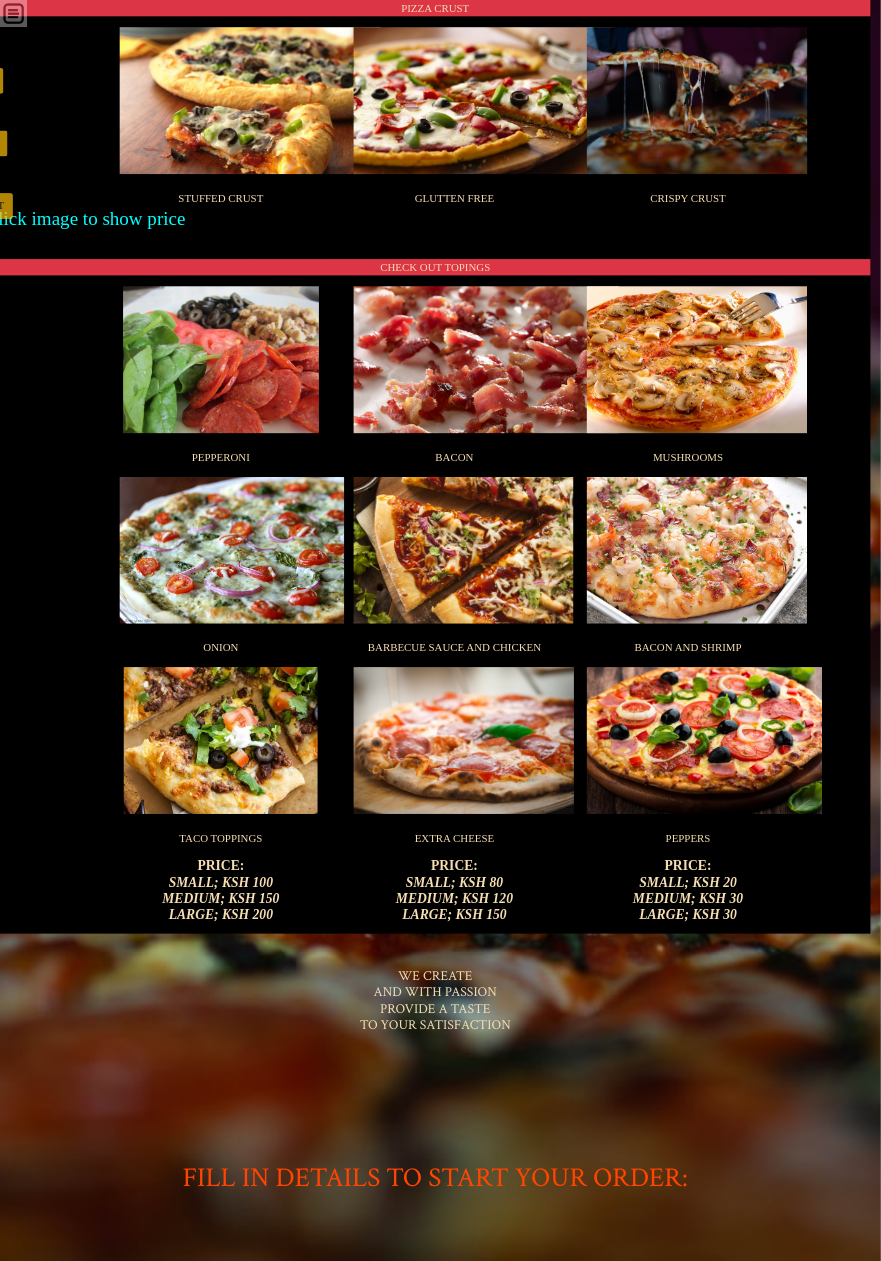
Repository: alexmwaura/MOREO--PIZZA-IP4
Page: mine.html
These files come from the project's save history. The page is drawn as it stood at one moment and after the next save; the edit follows.
The browser window is 1280 px wide. The page is 1295 px wide, so the pictures cover 1295 px, including what lies to the right of the window. The pictures show the whole page, at 68% of full size.
Some web fonts or font styles are not loaded; a fallback is used.

Above is the page before, as saved 2019-09-01 14:49:30.

### mine.html
<!DOCTYPE html>
<html lang="en">

<head>
    <meta charset="UTF-8">
    <meta name="viewport" content="width=device-width, initial-scale=1.0">
    <meta http-equiv="X-UA-Compatible" content="ie=edge">

    <title> MOREO RESTAURANT</title>

    <link href="https://fonts.googleapis.com/css?family=Kaushan+Script&display=swap" rel="stylesheet">
    <link href="https://fonts.googleapis.com/css?family=Pacifico|Rancho&display=swap" rel="stylesheet">
    <link href="https://fonts.googleapis.com/css?family=Crimson+Text&display=swap" rel="stylesheet">

    <link rel="stylesheet" href="./CSS/bootstrap.css">
    <link rel="stylesheet" href="./CSS/styles.css">
    <script src="./SCRIPTS/jquery-3.4.1.js"></script>
    <script src="./SCRIPTS/scripts.js"></script>
</head>

<body>
    <nav>
        <a href="#" class="nav-toggle-btn bg-success"></a>
        <ul>
            <li><a href="./index.html" class="btn bg-warning" style="margin-left: -14%">HOME</a></li><br><br>
            <li><a href="#pizza" class="btn bg-warning" style="margin-left: -15%">ORDER</a></li><br><br>
            <li><a href="#nav" class="btn bg-warning" style="margin-left: -35%">CONTACT</a></li>
        </ul>
    </nav>

    <div class="content">


        <div class="address">
            <div class="">

                <div class="bg-danger" id="pizza-crust">
                    <p>PIZZA CRUST</p>

                </div>

                <div class="row">

                    &nbsp;&nbsp;&nbsp;&nbsp;&nbsp;&nbsp;&nbsp;&nbsp;&nbsp;&nbsp;&nbsp;&nbsp;&nbsp;&nbsp;&nbsp;&nbsp;&nbsp;&nbsp;&nbsp;&nbsp;&nbsp;&nbsp;&nbsp;&nbsp;&nbsp;&nbsp;&nbsp;&nbsp;&nbsp;&nbsp;&nbsp;&nbsp;&nbsp;&nbsp;&nbsp;&nbsp;&nbsp;&nbsp;&nbsp;&nbsp;&nbsp;&nbsp;&nbsp;&nbsp;

                    <div class="col-lg-3 col-md-3 col-sm-3">
                        <div id="work1">
                            <img src="./IMAGES/staffedcrust.jpg" alt="" class="img-fluid-1"><br><br>

                            <div class="overlay">
                                <div class="line">
                                    <p class="trial1">STUFFED CRUST</p>
                                    <p class="p1">
                                        <h5 class="p1"><strong> PRICE: <br>
                                            <em>SMALL; KSH 100</em><br>
                                            <em>MEDIUM; KSH 150</em><br>
                                            <em>LARGE; KSH 200</em>
                                        </strong></h5>
                                    </p>

                                </div>

                            </div>

                        </div>



                    </div>
                    &nbsp;&nbsp;&nbsp;&nbsp;

                    <div class="col-lg-3 col-md-3 col-sm-3">
                        <div id="work2">
                            <img src="./IMAGES/gluttenfree.jpg" alt="" class="img-fluid-2"><br><br>

                            <div class="overlay">
                                <div class="line">
                                    <p class="trial2">GLUTTEN FREE </p>
                                    <p class="p1">
                                        <h5 class="p1"><strong> PRICE: <br>
                                            <em>SMALL; KSH 100</em><br>
                                            <em>MEDIUM; KSH 150</em><br>
                                            <em>LARGE; KSH 200</em>
                                        </strong></h5>
                                    </p>



                                </div>

                            </div>

                        </div>

                    </div>

                    &nbsp;&nbsp;&nbsp;&nbsp;


                    <div class="col-lg-3 col-md-3 col-sm-3">
                        <div id="work3">
                            <img src="./IMAGES/1.jpeg" alt="" class="img-fluid-3 "><br><br>

                            <div class="overlay">
                                <div class="line">
                                    <p class="trial3">CRISPY CRUST</p>
                                    <p class="p1">
                                        <h5 class="p1"><strong> PRICE: <br>
                                            <em>SMALL; KSH 100</em><br>
                                            <em>MEDIUM; KSH 150</em><br>
                                            <em>LARGE; KSH 200</em>
                                        </strong></h5>
                                    </p>


                                </div>

                            </div>

                        </div>

                    </div>

                    <div class="form-group">
                        <h3 style="color: aqua" style="font-size: 10vh" class="price"> click image to show price</h3>
                    </div>


                </div>

            </div>

        </div>



        <div class="dance">

            <div class="">

                <div class="bg-danger" id="pizza-toppings">
                    <p>CHECK OUT TOPINGS</p>

                </div>

                <div class="row">

                    &nbsp;&nbsp;&nbsp;&nbsp;&nbsp;&nbsp;&nbsp;&nbsp;&nbsp;&nbsp;&nbsp;&nbsp;&nbsp;&nbsp;&nbsp;&nbsp;&nbsp;&nbsp;&nbsp;&nbsp;&nbsp;&nbsp;&nbsp;&nbsp;&nbsp;&nbsp;&nbsp;&nbsp;&nbsp;&nbsp;&nbsp;&nbsp;&nbsp;&nbsp;&nbsp;&nbsp;&nbsp;&nbsp;&nbsp;&nbsp;&nbsp;&nbsp;&nbsp;&nbsp;

                    <div class="col-lg-3 col-md-3 col-sm-3">
                        <div id="work4">
                            <img src="./IMAGES/pepporoni.jpg" alt="" class="img-fluid-4"><br><br>

                            <div class="overlay">
                                <div class="line">
                                    <p class="trial4">PEPPERONI</p>
                                    <p class="p1">
                                        <h5 class="p1"><strong> PRICE: <br>
                                            <em>SMALL; KSH 100</em><br>
                                            <em>MEDIUM; KSH 150</em><br>
                                            <em>LARGE; KSH 200</em>
                                        </strong></h5>
                                    </p>


                                </div>

                            </div>

                        </div>

                    </div>




                    &nbsp;&nbsp;&nbsp;&nbsp;


                    <div class="col-lg-3 col-md-3 col-sm-3">
                        <div id="work5">
                            <img src="./IMAGES/bacon.jpg" alt="" class="img-fluid-5"><br><br>

                            <div class="overlay">
                                <div class="line">
                                    <p class="trial5">BACON </p>
                                    <p class="p1">
                                        <h5 class="p1"><strong> PRICE: <br>
                                            <em>SMALL; KSH 100</em><br>
                                            <em>MEDIUM; KSH 150</em><br>
                                            <em>LARGE; KSH 200</em>
                                        </strong></h5>
                                    </p>


                                </div>

                            </div>

                        </div>

                    </div>

                    &nbsp;&nbsp;&nbsp;&nbsp;


                    <div class="col-lg-3 col-md-3 col-sm-3">
                        <div id="work6">
                            <img src="./IMAGES/mushroom2.jpg" alt="" class="img-fluid-6"><br><br>

                            <div class="overlay">
                                <div class="line">
                                    <p class="trial6">MUSHROOMS</p>
                                    <p class="p1">
                                        <h5 class="p1"><strong> PRICE: <br>
                                            <em>SMALL; KSH 100</em><br>
                                            <em>MEDIUM; KSH 150</em><br>
                                            <em>LARGE; KSH 200</em>
                                        </strong></h5>
                                    </p>


                                </div>

                            </div>

                        </div>

                    </div>



                </div>

                <div class="row">

                    &nbsp;&nbsp;&nbsp;&nbsp;&nbsp;&nbsp;&nbsp;&nbsp;&nbsp;&nbsp;&nbsp;&nbsp;&nbsp;&nbsp;&nbsp;&nbsp;&nbsp;&nbsp;&nbsp;&nbsp;&nbsp;&nbsp;&nbsp;&nbsp;&nbsp;&nbsp;&nbsp;&nbsp;&nbsp;&nbsp;&nbsp;&nbsp;&nbsp;&nbsp;&nbsp;&nbsp;&nbsp;&nbsp;&nbsp;&nbsp;&nbsp;&nbsp;&nbsp;&nbsp;

                    <div class="col-lg-3 col-md-3 col-sm-3">
                        <div id="work7">
                            <img src="./IMAGES/onions.jpg" alt="" class="img-fluid-7"><br><br>

                            <div class="overlay">
                                <div class="line">
                                    <p class="trial4">ONION</p>
                                    <p class="p1">
                                        <h5 class="p1"><strong> PRICE: <br>
                                            <em>SMALL; KSH 100</em><br>
                                            <em>MEDIUM; KSH 150</em><br>
                                            <em>LARGE; KSH 200</em>
                                        </strong></h5>
                                    </p>


                                </div>

                            </div>

                        </div>

                    </div>




                    &nbsp;&nbsp;&nbsp;&nbsp;


                    <div class="col-lg-3 col-md-3 col-sm-3">
                        <div id="work8">
                            <img src="./IMAGES/barbecue.jpg" alt="" class="img-fluid-8"><br><br>

                            <div class="overlay">
                                <div class="line">
                                    <p class="trial5">BARBECUE SAUCE AND CHICKEN </p>
                                    <p class="p1">
                                        <h5 class="p1"><strong> PRICE: <br>
                                            <em>SMALL; KSH 100</em><br>
                                            <em>MEDIUM; KSH 150</em><br>
                                            <em>LARGE; KSH 200</em>
                                        </strong></h5>
                                    </p>


                                </div>

                            </div>

                        </div>

                    </div>

                    &nbsp;&nbsp;&nbsp;&nbsp;


                    <div class="col-lg-3 col-md-3 col-sm-3">
                        <div id="work9">
                            <img src="./IMAGES/shrimp.jpg" alt="" class="img-fluid-9"><br><br>

                            <div class="overlay">
                                <div class="line">
                                    <p class="trial6">BACON AND SHRIMP</p>
                                    <p class="p9">
                                        <h5 class="p1"><strong> PRICE: <br>
                                            <em>SMALL; KSH 100</em><br>
                                            <em>MEDIUM; KSH 150</em><br>
                                            <em>LARGE; KSH 200</em>
                                        </strong></h5>
                                    </p>


                                </div>

                            </div>

                        </div>

                    </div>



                </div>


                <div class="row">

                    &nbsp;&nbsp;&nbsp;&nbsp;&nbsp;&nbsp;&nbsp;&nbsp;&nbsp;&nbsp;&nbsp;&nbsp;&nbsp;&nbsp;&nbsp;&nbsp;&nbsp;&nbsp;&nbsp;&nbsp;&nbsp;&nbsp;&nbsp;&nbsp;&nbsp;&nbsp;&nbsp;&nbsp;&nbsp;&nbsp;&nbsp;&nbsp;&nbsp;&nbsp;&nbsp;&nbsp;&nbsp;&nbsp;&nbsp;&nbsp;&nbsp;&nbsp;&nbsp;&nbsp;

                    <div class="col-lg-3 col-md-3 col-sm-3">
                        <div id="work10">
                            <img src="./IMAGES/taco.jpg" alt="" class="img-fluid-10"><br><br>

                            <div class="overlay">
                                <div class="line">
                                    <p class="trial4">TACO TOPPINGS</p>
                                    <p class="p10">
                                        <h5 class="p10"><strong> PRICE: <br>
                                            <em>SMALL; KSH 100</em><br>
                                            <em>MEDIUM; KSH 150</em><br>
                                            <em>LARGE; KSH 200</em>
                                        </strong></h5>
                                    </p>


                                </div>

                            </div>

                        </div>

                    </div>




                    &nbsp;&nbsp;&nbsp;&nbsp;


                    <div class="col-lg-3 col-md-3 col-sm-3">
                        <div id="work11">
                            <img src="./IMAGES/cheese 2.jpg" alt="" class="img-fluid-11"><br><br>

                            <div class="overlay">
                                <div class="line">
                                    <p class="trial5">EXTRA CHEESE </p>
                                    <p class="p11">
                                        <h5 class="p11"><strong> PRICE: <br>
                                            <em>SMALL; KSH 80</em><br>
                                            <em>MEDIUM; KSH 120</em><br>
                                            <em>LARGE; KSH 150</em>
                                        </strong></h5>
                                    </p>


                                </div>

                            </div>

                        </div>

                    </div>

                    &nbsp;&nbsp;&nbsp;&nbsp;


                    <div class="col-lg-3 col-md-3 col-sm-3">
                        <div id="work12">
                            <img src="./IMAGES/pepper.jpg" alt="" class="img-fluid-12"><br><br>

                            <div class="overlay">
                                <div class="line">
                                    <p class="trial6">PEPPERS</p>
                                    <p class="p12">
                                        <h5 class="p12"><strong> PRICE: <br>
                                            <em>SMALL; KSH 20</em><br>
                                            <em>MEDIUM; KSH 30</em><br>
                                            <em>LARGE; KSH 30</em>
                                        </strong></h5>
                                    </p>


                                </div>

                            </div>

                        </div>

                    </div>



                </div>


            </div>





        </div>

        <div id="trial">


            <div id="pizza">
                <h2 class="pizza">WE CREATE <br>AND WITH PASSION <br> PROVIDE A TASTE <br> TO YOUR SATISFACTION</h2>
                <br><br>
                <h1>FILL IN DETAILS TO START YOUR ORDER:</h1>


            </div><br><br>



        </div>








    </div>
















</body>

### CSS/styles.css

body{
    background-image: url("../IMAGES/1.jpeg");
    background-repeat: no-repeat;
    background-size: cover;
    background-position: center;
    color: wheat;
    font-family: 'Pacifico', cursive;
    font-family: 'Rancho', cursive;
    margin: 0;
    padding: 0;

}
nav {
    position: fixed;
    z-index: 500;
    top: 0%;
    bottom: 0;
    width: 100px;
    background-image: url("../IMAGES/tukule.jpg");
    background-repeat: no-repeat;
    background-size: cover;
    background-position: center;
    transform: translate3d(-100px, 0, 0);
    transition: transform 0.4s ease;
    font-size: large;
    opacity: 0.7;
}
.active-nav nav{
    transform: translate3d(0, 0, 0)
}

nav ul {

    margin-top: 100px;
}
.nav-toggle-btn{

    position: absolute;
    left: 100px;
    width: 40px;
    height: 40px;
    background-image: url("../IMAGES/images.png");
    background-repeat: no-repeat;
    background-size: cover;
    background-position: center;
    top: 0;
    opacity: 0.5;
}
.content{
    padding: 0;
    margin: 0%;
    height: fit-content;
    text-align: center;
    text-align-last: fixed;
    transition: transform 0.4s ease;
}
.active-nav .content{
    transform: translate3d(200px, 0, 0);
}
.wcome{
    font-size: 100px;
}
.ret{
    font-size: 80px;
}
.home{

    position: absolute center;
    margin-top: -100px;
    padding: 0%;
}
h1{
    font-size: 40px;
    animation: bounce 3s infinite;
    color: orangered;
    margin-top: 10%;
    font-family: 'Crimson Text', serif;

}
@keyframes bounce {

    0%, 20%, 50%, 80%, 100%{
        transform: translateY(0);
    }
    40% {
        transform: translateY(-55px);
    }
    60% {
        transform: translateY(-45px);
    }

}
.to{
    font-size: 30px;
    animation: bounce 3s infinite;
    color: wheat;
    margin-top: -0.01%;
}
@keyframes bounce {

    0%, 20%, 50%, 80%, 100%{
        transform: translateY(0);
    }
    40% {
        transform: translateY(-55px);
    }
    60% {
        transform: translateY(-45px);
    }

}
.price{

    animation: bounce 3s infinite;
    margin-top: 0.5vh;
}
@keyframes bounce {

    0%, 20%, 50%, 80%, 100%{
        transform: translateY(0);
    }
    40% {
        transform: translateY(-55px);
    }
    60% {
        transform: translateY(-45px);
    }

}

.address{
    text-align: center;
    align-content: center;
    position: center;
    background: black;
    background-size: cover;
    background-position: center;

}
.dance{
    text-align: center;
    align-content: center;
    position: center;
    background: black;
    background-size: cover;
    background-position: center;

}
.img-fluid-1{
    height: 30vh;
    justify-content: space-around;

}
.img-fluid-2{
    height: 30vh;

}
.img-fluid-3{
    height: 30vh;

}
.img-fluid-4{
    height: 30vh;

}
.img-fluid-5{
    height: 30vh;

}
.img-fluid-6{
    height: 30vh;

}
.img-fluid-7{
    height: 30vh;

}
.img-fluid-8{
    height: 30vh;

}
.img-fluid-9{
    height: 30vh;

}
.img-fluid-10{
    height: 30vh;

}
.img-fluid-11{
    height: 30vh;

}
.img-fluid-12{
    height: 30vh;

}
.pizza{
    margin-top: 10px;
    font-family: 'Crimson Text', serif;
    font-size: 20PX;
}
#pizza{
    padding-top: 0%;
    margin: 0%;
    justify-content: flex-end;
}
#trial{
    padding-top: 40px;
    font-size: x-large;
}

/* #work1:hover img {
    transform: scale(0.5) ;
    transition: all 50s ease;
} */

/* #work2:hover img {
    transform: scale(1.2) ;
    transition: all 2s ease;
}
#work3:hover img {
    transform: scale(1.2) ;
    transition: all 2s ease;
}
#work4:hover img {
    transform: scale(1.2) ;
    transition: all 2s ease;
}

#work5:hover img {
    transform: scale(1.2) ;
    transition: all 2s ease;
}
#work6:hover img {
    transform: scale(1.2) ;
    transition: all 2s ease;
}
#work7:hover img {
    transform: scale(1.2) ;
    transition: all 2s ease;
}
#work8:hover img {
    transform: scale(1.2) ;
    transition: all 2s ease;
}
#work9:hover img {
    transform: scale(1.2) ;
    transition: all 2s ease;
}
#work10:hover img {
    transform: scale(1.2) ;
    transition: all 2s ease;
}
#work11:hover img {
    transform: scale(1.2) ;
    transition: all 2s ease;
}
#work12:hover img {
    transform: scale(1.2) ;
    transition: all 2s ease;
} */
.p1{
    display: none;
}

### SCRIPTS/scripts.js
$(function () {
    var bodyEl = $('body'),
        navToggleBtn = bodyEl.find('.nav-toggle-btn');

    navToggleBtn.on('click', function () {
        bodyEl.toggleClass('active-nav');

        event.preventDefault();
    });
});
$(document).ready(function () {
    $("#work1").click(function () {
        $(".img-fluid-1").toggle(1000);
        $(".p1").toggle(1000);


    });
    $("#work2").click(function () {
        $(".img-fluid-2").toggle(1000);
        $(".p2").toggle(1000);


    });
    $("#work3").click(function () {
        $(".img-fluid-3").toggle(1000);
        $(".p3").toggle(1000);


    });
    $("#work4").click(function () {
        $(".img-fluid-4").toggle(1000);
        $(".p4").toggle(1000);


    });
    $("#work5").click(function () {
        $(".img-fluid-5").toggle(1000);
        $(".p5").toggle(1000);


    });
    $("#work6").click(function () {
        $(".img-fluid-6").toggle(1000);
        $(".p6").toggle(1000);


    });
    $("#work7").click(function () {
        $(".img-fluid-7").toggle(1000);
        $(".p7").toggle(1000);


    });
    $("#work8").click(function () {
        $(".img-fluid-8").toggle(1000);
        $(".p8").toggle(1000);


    });
    $("#work9").click(function () {
        $(".img-fluid-9").toggle(1000);
        $(".p9").toggle(1000);


    });
    $("#work10").click(function () {
        $(".img-fluid-10").toggle(1000);
        $(".p10").toggle(1000);


    });
    $("#work11").click(function () {
        $(".img-fluid-11").toggle(1000);
        $(".p11").toggle(1000);


    });
    $("#work12").click(function () {
        $(".img-fluid-12").toggle(1000);
        $(".p12").toggle(1000);


    });





});

Loaded but not shown: CSS/bootstrap.css (library); SCRIPTS/jquery-3.4.1.js (library)

After the next save:
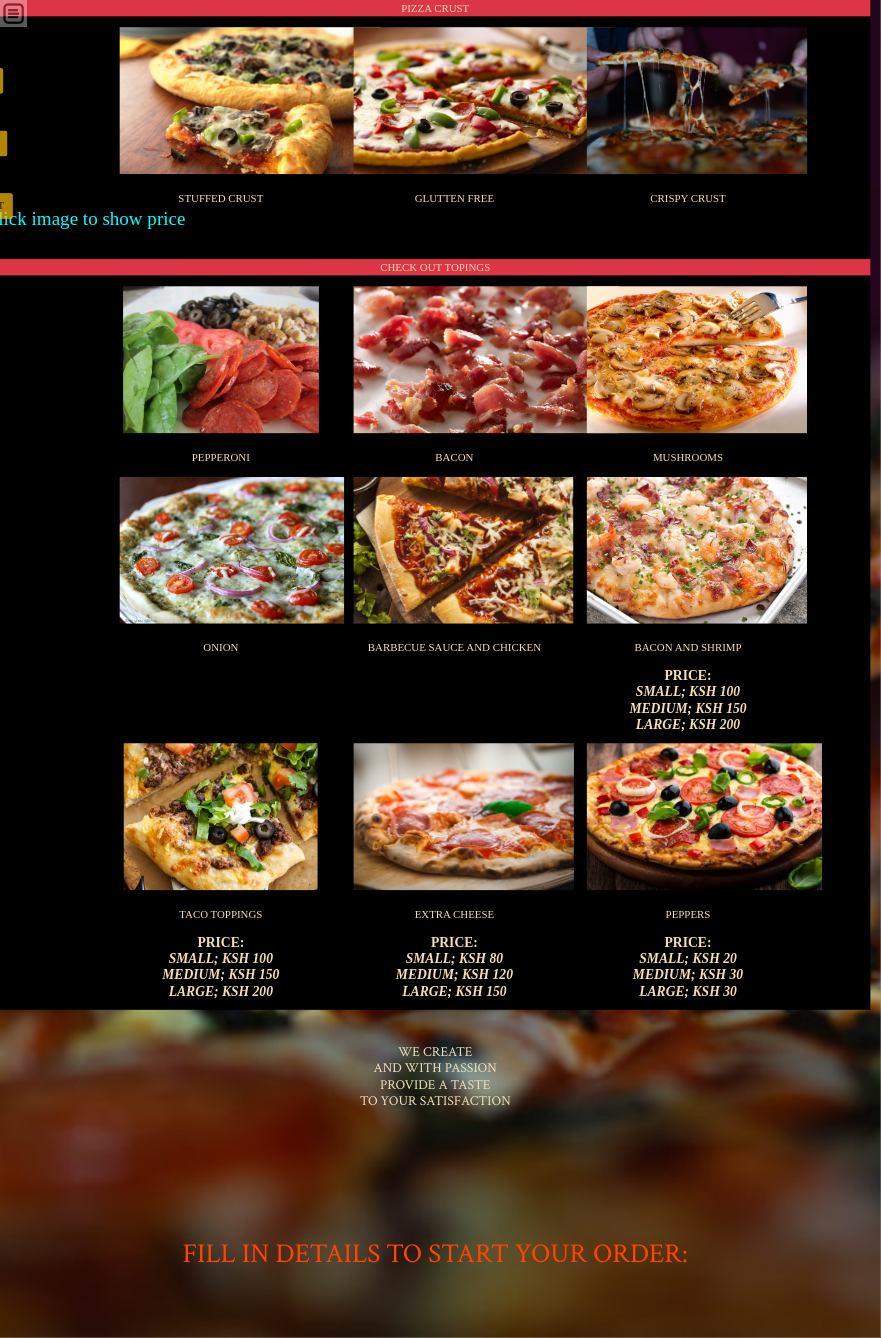
Saved 4 s later.
--- a/mine.html
+++ b/mine.html
@@ -301,7 +301,7 @@
                                 <div class="line">
                                     <p class="trial6">BACON AND SHRIMP</p>
                                     <p class="p9">
-                                        <h5 class="p1"><strong> PRICE: <br>
+                                        <h5 class="p9"><strong> PRICE: <br>
                                             <em>SMALL; KSH 100</em><br>
                                             <em>MEDIUM; KSH 150</em><br>
                                             <em>LARGE; KSH 200</em>
